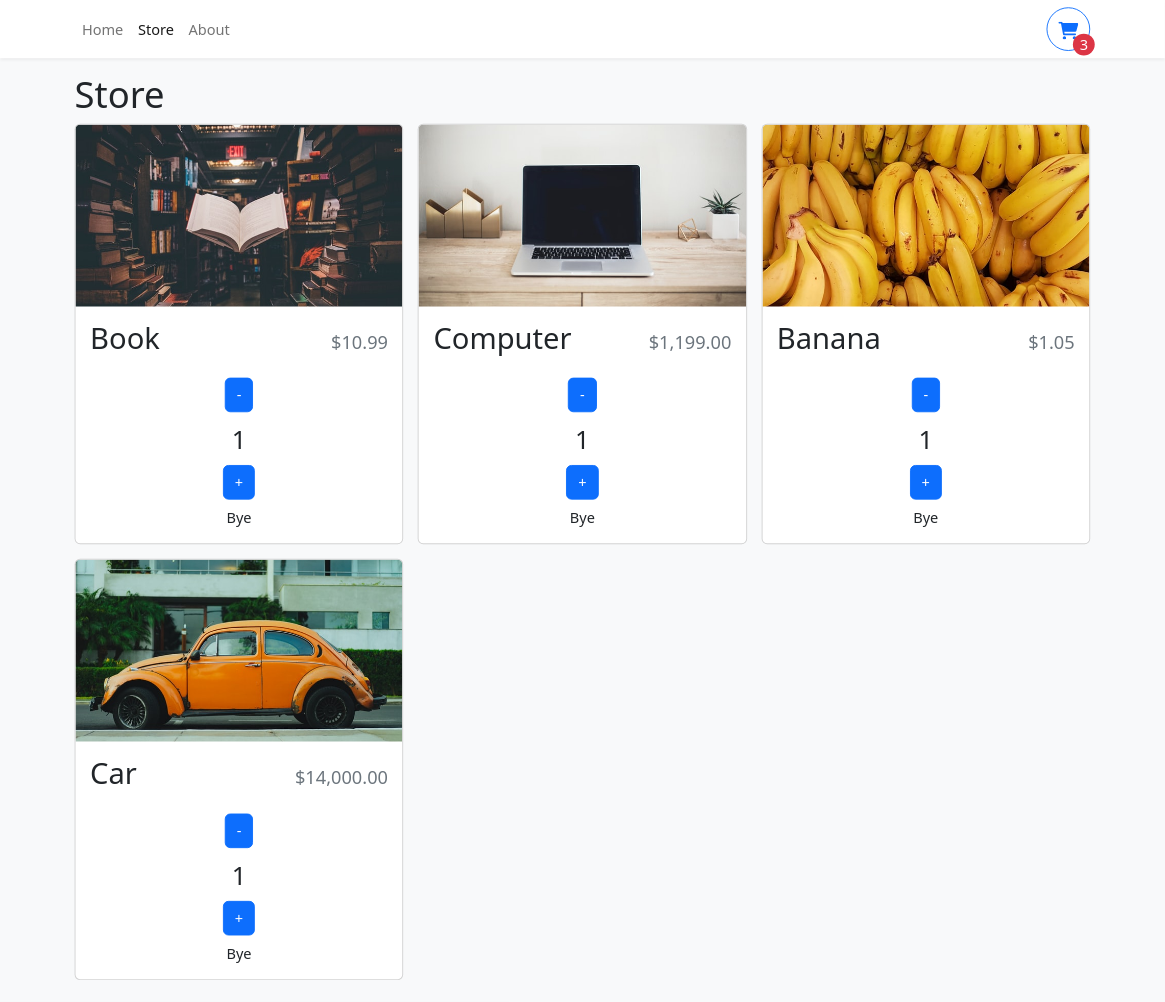
Repository: MoNasr2022/shopping-cart
Page: /store
These files come from the project's save history. The page is drawn as it stood at one moment and after a run of saves; the edit follows.
The browser window is 1280 px wide. The pictures show the whole page, at 91% of full size.
The project was rebuilt for these pictures with package versions that can differ from the ones it lists, and the page was loaded fresh each time. Also part of the build but not shown: vite.config.ts, src/pages/Home.tsx, src/pages/About.tsx.

Above is the page before, as saved 2023-04-17 22:58:26.

After the next 6 saves:
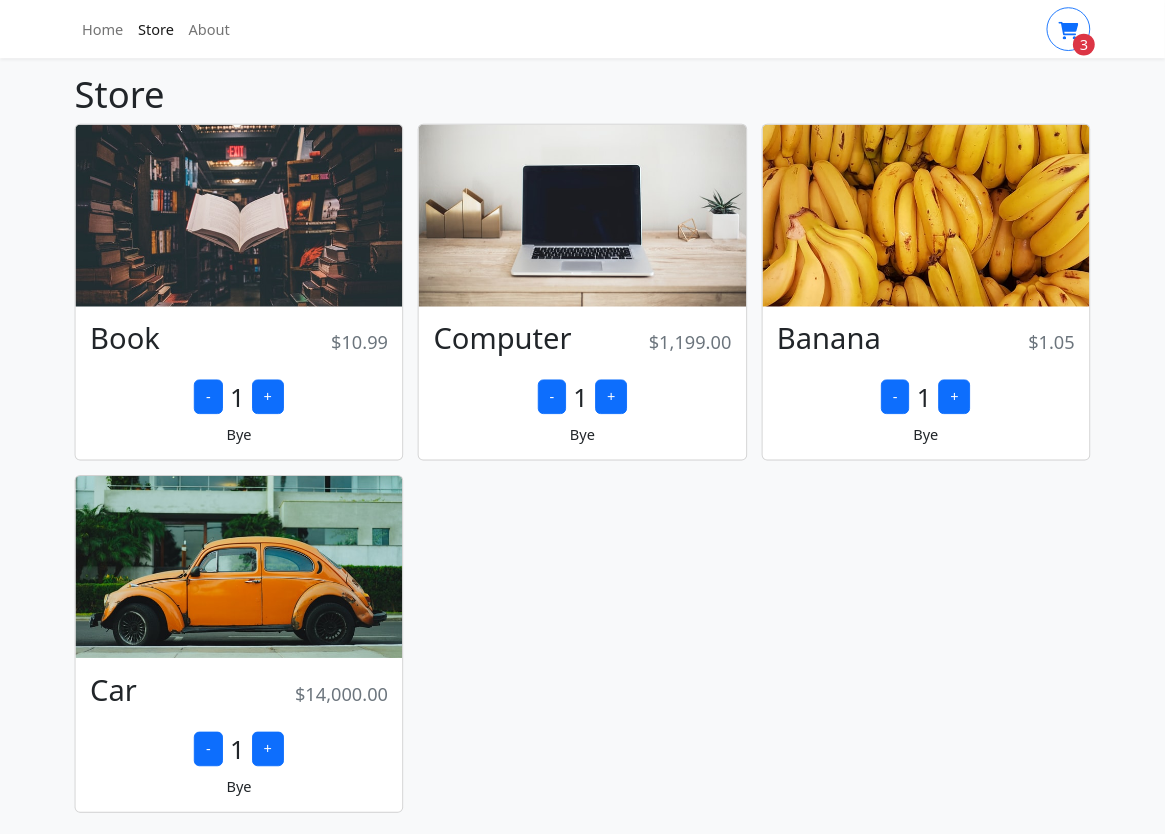
The 6 saves are shown as one change because they came seconds apart.
The last was saved 3 min 40 s later.
--- a/src/components/StoreItems.tsx
+++ b/src/components/StoreItems.tsx
@@ -30,16 +30,16 @@ function StoreItems({ id, name, price, imgUrl }: StoreItemsProps) {
             <div
               className="d-flex flex-column align-items-center"
               style={{ gap: ".5rem" }}
+            >
+              <div
+                className="d-flex justify-content-center align-items-center"
+                style={{ gap: ".5rem" }}
               >
                 <Button>-</Button>
                 <span className="fs-3">{quantity}</span>
                 <Button>+</Button>
-              <div
-                className="d-flex justify-content-center align-items-center"
-                style={{ gap: ".5rem" }}
-                >
-                  Bye
-              </div>
+                </div>
+                Bye
             </div>
           )}
         </div>
